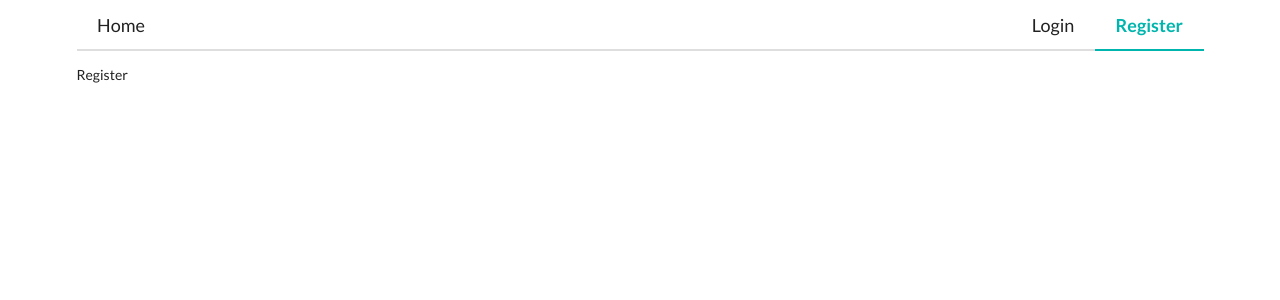
Repository: m-ahmadshaikh/SociaSpark
Page: /register (app in client/)
These files come from the project's save history. The page is drawn as it stood at one moment and after the next save; the edit follows.
The browser window is 1280 px wide. The pictures show the whole page.
The project was rebuilt for these pictures with package versions that can differ from the ones it lists, and the page was loaded fresh each time. Also part of the build but not shown: client/vite.config.js, client/src/App.css, client/src/components/PostCard.jsx, client/src/pages/Home.jsx, client/src/pages/Login.jsx.

Above is the page before, as saved 2022-10-23 14:34:07.

After the next save:
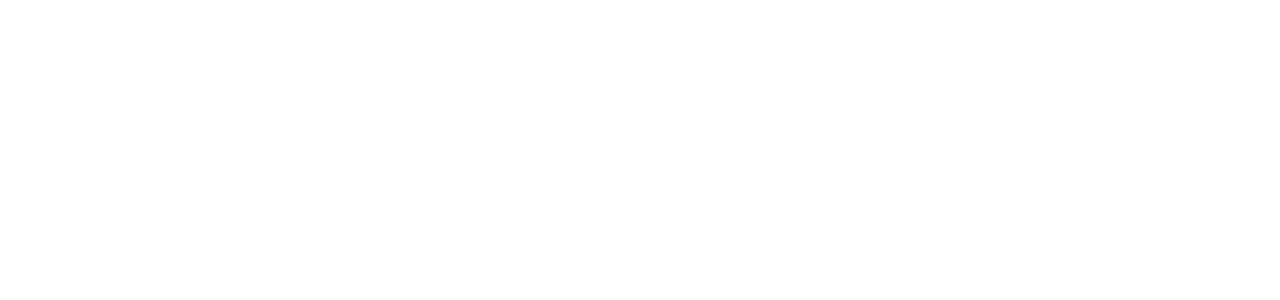
Console error (its wording comes from the project's code and is left out).
Saved 16 min 9 s later.
--- a/client/src/pages/Register.jsx
+++ b/client/src/pages/Register.jsx
@@ -1,5 +1,11 @@
 import React from 'react';
+import { Form } from 'react-router-dom';
 
 export default function Register() {
-  return <div>Register</div>;
+  return (
+    <Form>
+      <Form.Input label="Enter Email" type="email" />
+      <Form.Input label="Enter Password" type="password" />
+    </Form>
+  );
 }

After the 6 saves that followed:
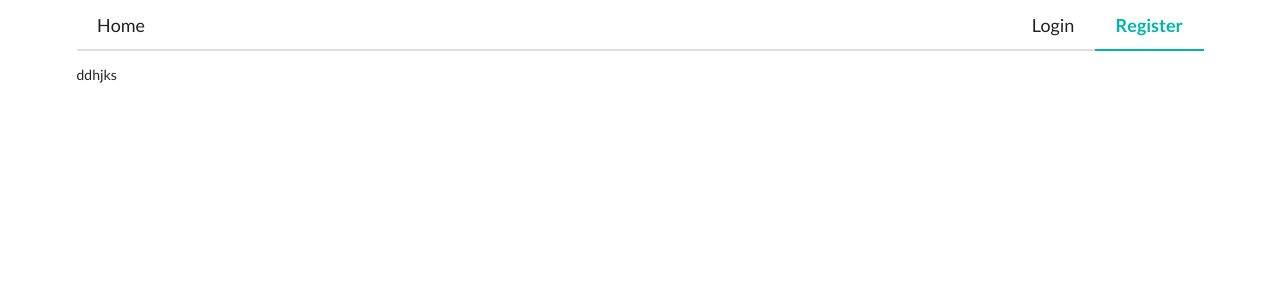
The error is gone.
The 6 saves are shown as one change because 4 left the picture as it was and some came seconds apart.
The last was saved 98 s later.
--- a/client/src/pages/Register.jsx
+++ b/client/src/pages/Register.jsx
@@ -2,10 +2,5 @@
 import { Form } from 'react-router-dom';
 
 export default function Register() {
-  return (
-    <Form>
-      <Form.Input label="Enter Email" type="email" />
-      <Form.Input label="Enter Password" type="password" />
-    </Form>
-  );
+  return <div>ddhjks</div>;
 }
